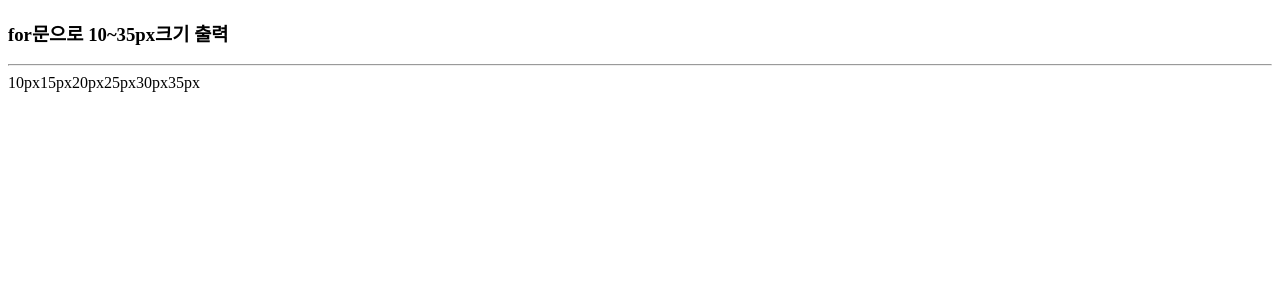
Repository: luna2222/web
Page: 02.JavaScript/WebContent/chap01/01_17.html
The author's editor kept a copy of each file at every save. The page is drawn from the files as they stood at one save, then again after the next save.
The browser window is 1280 px wide. The pictures show the whole page.

Above is the page before, as saved 2019-02-22 10:14:58.

### 02.JavaScript/WebContent/chap01/01_17.html
<!DOCTYPE html>
<html>
<head>
<meta charset="UTF-8">
<title>for문 이용-크기별 출력</title>
</head>
<body>
	<h3> for문으로 10~35px크기 출력</h3>
	<hr>
	<script>
		for (var size=10; size<=35; size+=5){ //5씩 증가
			document.write("<span");
			document.write("style='font-size:"+size+ "px'>");
			document.write(size+"px");
			document.write("</span>");
		}
		</script>

</body>
</html>

After the next save:
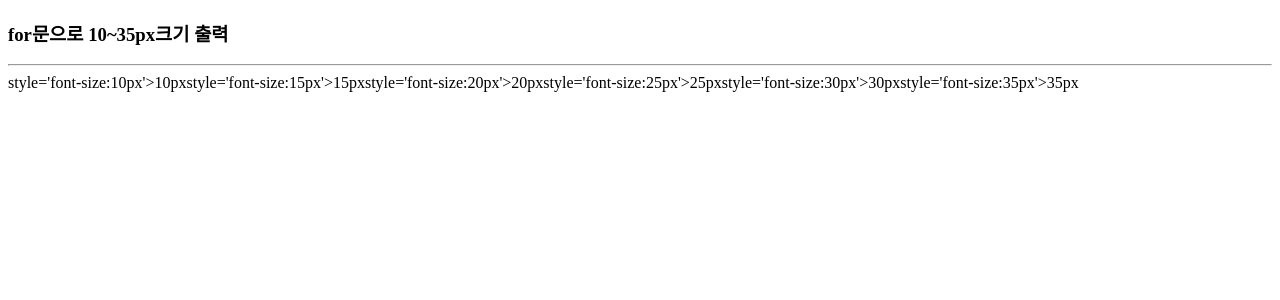
Saved 4 min 15 s later.
--- a/02.JavaScript/WebContent/chap01/01_17.html
+++ b/02.JavaScript/WebContent/chap01/01_17.html
@@ -9,7 +9,7 @@
 	<hr>
 	<script>
 		for (var size=10; size<=35; size+=5){ //5씩 증가
-			document.write("<span");
+			document.write("<span>");
 			document.write("style='font-size:"+size+ "px'>");
 			document.write(size+"px");
 			document.write("</span>");

After the save that followed:
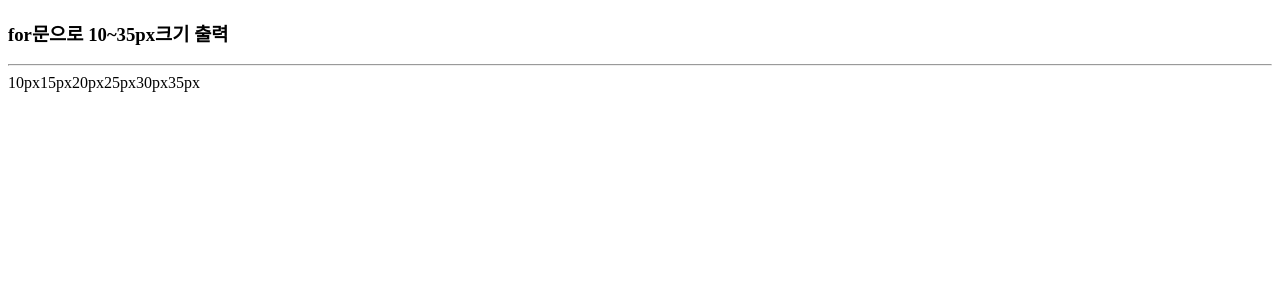
Saved 15 s later.
--- a/02.JavaScript/WebContent/chap01/01_17.html
+++ b/02.JavaScript/WebContent/chap01/01_17.html
@@ -9,7 +9,7 @@
 	<hr>
 	<script>
 		for (var size=10; size<=35; size+=5){ //5씩 증가
-			document.write("<span>");
+			document.write("<span");
 			document.write("style='font-size:"+size+ "px'>");
 			document.write(size+"px");
 			document.write("</span>");
